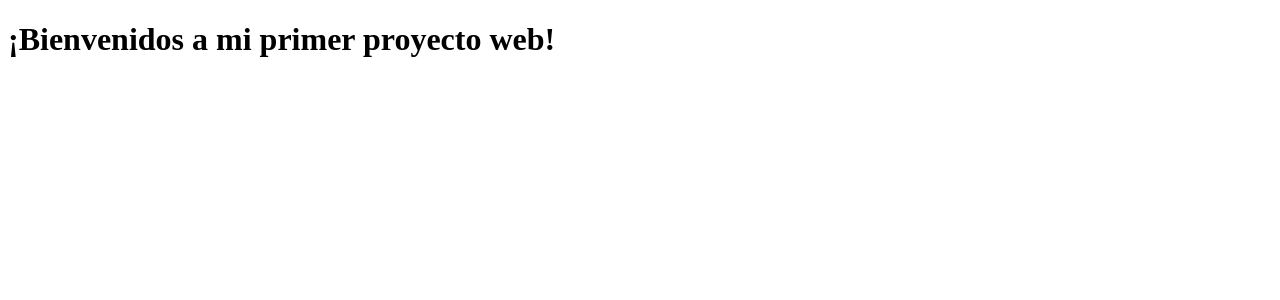
Repository: Pablosky971/Ejercicio-4.-Proyecto-Web
Page: Ejercicio4/src/main/webapp/WEB-INF/index.html
The author's editor kept a copy of each file at every save. The page is drawn from the files as they stood at one save, then again after the next save.
The browser window is 1280 px wide. The pictures show the whole page.

Above is the page before, as saved 2022-03-09 12:00:37.

After the next save:
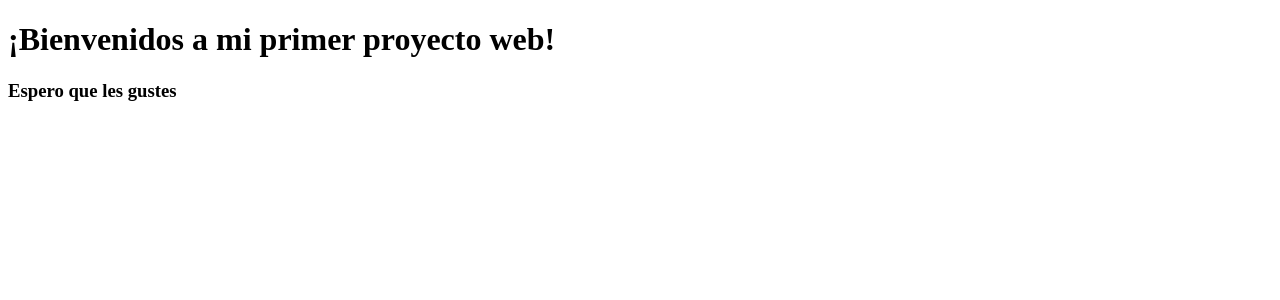
Saved 18 s later.
--- a/Ejercicio4/src/main/webapp/WEB-INF/index.html
+++ b/Ejercicio4/src/main/webapp/WEB-INF/index.html
@@ -7,7 +7,7 @@
 <body>
 	<header>
 		<h1 class="titulo"> ¡Bienvenidos a mi primer proyecto web! </h1>
-
+		<h3> Espero que les gustes</h3>
 	</header>
 
 </body>
